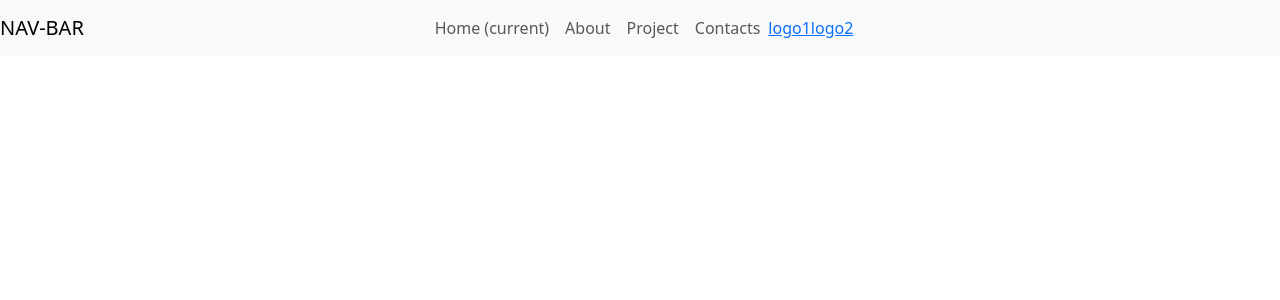
Repository: Sarah7223/internet-programming-tp
Page: TP4/TP04.5.html
An editor plug-in stored every save of this project. The page is shown before and after the next save, followed by the edit.
The browser window is 1280 px wide. The pictures show the whole page.

Above is the page before, as saved 2023-02-01 22:29:02.

### TP4/TP04.5.html
<!DOCTYPE html>
    <head>
        <style>
            ul{
                text-align: center;
                display: flex;
                justify-content: space-between;
            }
        </style>
        <link href="https://cdn.jsdelivr.net/npm/bootstrap@5.3.0-alpha1/dist/css/bootstrap.min.css" rel="stylesheet" integrity="sha384-GLhlTQ8iRABdZLl6O3oVMWSktQOp6b7In1Zl3/Jr59b6EGGoI1aFkw7cmDA6j6gD" crossorigin="anonymous">
    </head>
    <body>
        <nav class="navbar navbar-expand-lg navbar-light bg-light">
            <div class="col-4">
            <a class="navbar-brand" href="#">NAV-BAR</a>
            </div>
            <button class="navbar-toggler" type="button" data-toggle="collapse" data-target="#navbarSupportedContent" aria-controls="navbarSupportedContent" aria-expanded="false" aria-label="Toggle navigation">
              <span class="navbar-toggler-icon"></span>
            </button>

            <div class="collapse navbar-collapse" id="navbarSupportedContent">
                <!-- center-->
              <ul class="navbar-nav mr-auto">
                <li class="nav-item active">
                  <a class="nav-link" href="#">Home <span class="sr-only">(current)</span></a>
                </li>
                <li class="nav-item">
                  <a class="nav-link" href="#">About</a>
                </li>
                <li class="nav-item">
                    <a class="nav-link" href="#">Project</a>
                </li>
                <li class="nav-item">
                    <a class="nav-link" href="#">Contacts</a>
                </li>
              </ul>
              <!-- right-->
              <ul class="nav navbar-nav navbar-right">
                <li>
                    <a href="#">logo1</a>
                </li>
                <li>
                    <a href="#">logo2</a>
                </li>
            </ul>
            </div>
          </nav>

              <!-- Optional JavaScript -->
              <!-- jQuery first, then Popper.js, then Bootstrap JS -->
              <script src="https://code.jquery.com/jquery-3.4.1.slim.min.js" integrity="sha384-J6qa4849blE2+poT4WnyKhv5vZF5SrPo0iEjwBvKU7imGFAV0wwj1yYfoRSJoZ+n" crossorigin="anonymous"></script>
              <script src="https://cdn.jsdelivr.net/npm/popper.js@1.16.0/dist/umd/popper.min.js" integrity="sha384-Q6E9RHvbIyZFJoft+2mJbHaEWldlvI9IOYy5n3zV9zzTtmI3UksdQRVvoxMfooAo" crossorigin="anonymous"></script>
              <script src="https://stackpath.bootstrapcdn.com/bootstrap/4.4.1/js/bootstrap.min.js" integrity="sha384-wfSDF2E50Y2D1uUdj0O3uMBJnjuUD4Ih7YwaYd1iqfktj0Uod8GCExl3Og8ifwB6" crossorigin="anonymous"></script>
    </body>
</html

After the next save:
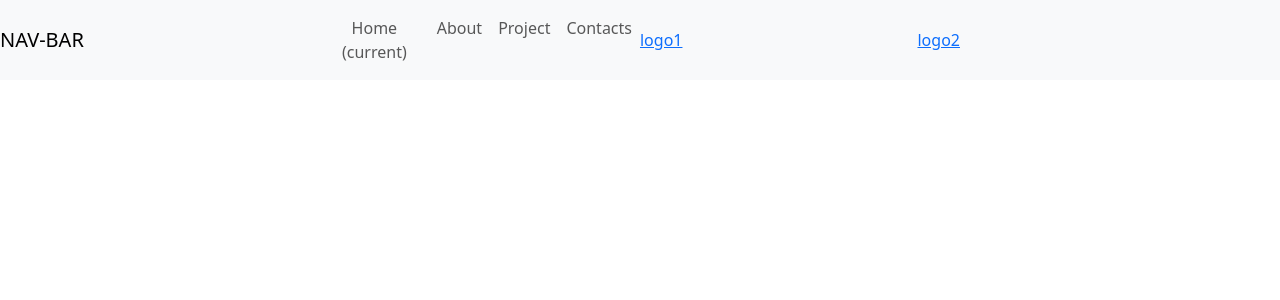
Saved 81 s later.
--- a/TP4/TP04.5.html
+++ b/TP4/TP04.5.html
@@ -11,7 +11,7 @@
     </head>
     <body>
         <nav class="navbar navbar-expand-lg navbar-light bg-light">
-            <div class="col-4">
+            <div class="col-3">
             <a class="navbar-brand" href="#">NAV-BAR</a>
             </div>
             <button class="navbar-toggler" type="button" data-toggle="collapse" data-target="#navbarSupportedContent" aria-controls="navbarSupportedContent" aria-expanded="false" aria-label="Toggle navigation">
@@ -20,29 +20,33 @@
 
             <div class="collapse navbar-collapse" id="navbarSupportedContent">
                 <!-- center-->
-              <ul class="navbar-nav mr-auto">
-                <li class="nav-item active">
-                  <a class="nav-link" href="#">Home <span class="sr-only">(current)</span></a>
-                </li>
-                <li class="nav-item">
-                  <a class="nav-link" href="#">About</a>
-                </li>
-                <li class="nav-item">
-                    <a class="nav-link" href="#">Project</a>
-                </li>
-                <li class="nav-item">
-                    <a class="nav-link" href="#">Contacts</a>
-                </li>
-              </ul>
+                <div class="col-4">
+                    <ul class="navbar-nav mr-auto">
+                        <li class="nav-item active">
+                        <a class="nav-link" href="#">Home <span class="sr-only">(current)</span></a>
+                        </li>
+                        <li class="nav-item">
+                        <a class="nav-link" href="#">About</a>
+                        </li>
+                        <li class="nav-item">
+                            <a class="nav-link" href="#">Project</a>
+                        </li>
+                        <li class="nav-item">
+                            <a class="nav-link" href="#">Contacts</a>
+                        </li>
+                    </ul>
+                </div>
               <!-- right-->
-              <ul class="nav navbar-nav navbar-right">
-                <li>
-                    <a href="#">logo1</a>
-                </li>
-                <li>
-                    <a href="#">logo2</a>
-                </li>
-            </ul>
+              <div class="col-4">
+                <ul class="nav navbar-nav navbar-right">
+                    <li>
+                        <a href="#">logo1</a>
+                    </li>
+                    <li>
+                        <a href="#">logo2</a>
+                    </li>
+                </ul>
+              </div>
             </div>
           </nav>
 
